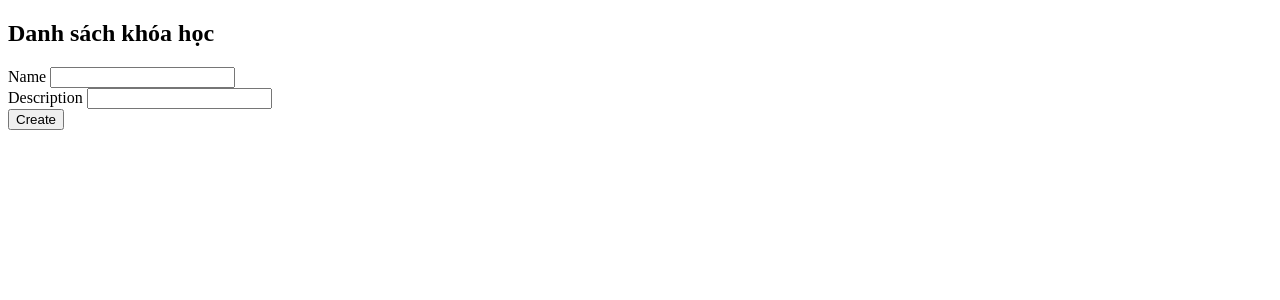
Repository: lt-chinh098406/BIn-Music
Page: index.html
An editor plug-in stored every save of this project. The page is shown before and after the next save, followed by the edit.
The browser window is 1280 px wide. The pictures show the whole page.

Above is the page before, as saved 2021-11-10 14:37:16.

After the next save:
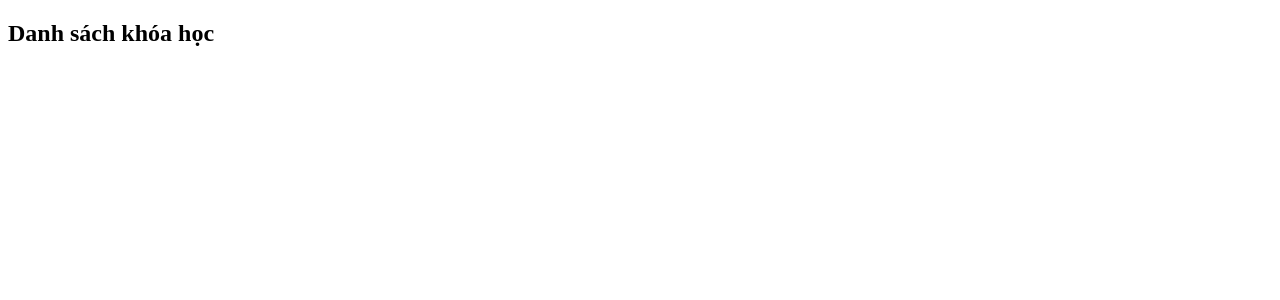
Saved 18 min 38 s later.
--- a/index.html
+++ b/index.html
@@ -15,7 +15,7 @@
       <ul id="list-courses"></ul>
     </div>
 
-    <div>
+    <!-- <div>
       <div>
         <label for="">Name</label>
         <Input type="text" name="name"></Input>
@@ -27,7 +27,7 @@
       <div>
         <button id="create">Create</button>
       </div>
-    </div>
+    </div> -->
 
     <script src="main.js"></script>
   </body>
